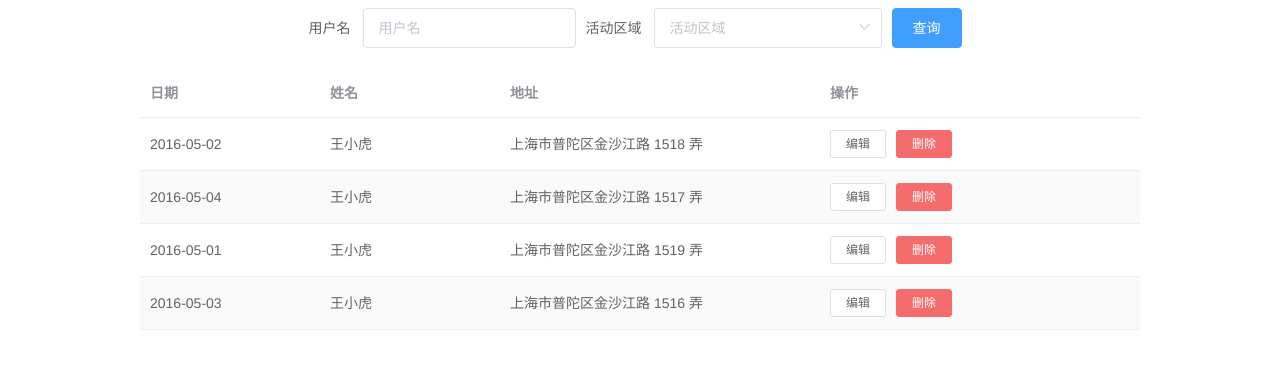
Repository: chang-meng-yun/vue_project
Page: /
The author's editor kept a copy of each file at every save. The page is drawn from the files as they stood at one save, then again after the next save.
The browser window is 1280 px wide. The pictures show the whole page.
The project was rebuilt for these pictures with package versions that can differ from the ones it lists, and the page was loaded fresh each time. Also part of the build but not shown: vue.config.js, src/VBindStudy.vue, src/components/HelloWorld.vue, src/views/HomeView.vue.

Above is the page before, as saved 2024-06-27 11:19:06.

### public/index.html
<!DOCTYPE html>
<html lang="">
  <head>
    <meta charset="utf-8">
    <meta http-equiv="X-UA-Compatible" content="IE=edge">
    <meta name="viewport" content="width=device-width,initial-scale=1.0">
    <link rel="icon" href="<%= BASE_URL %>favicon.ico">
    <!-- <title><%= htmlWebpackPlugin.options.title %></title> -->
     <title>我是首页</title>
  </head>
  <body>
    <noscript>
      <strong>We're sorry but <%= htmlWebpackPlugin.options.title %> doesn't work properly without JavaScript enabled. Please enable it to continue.</strong>
    </noscript>
    <!-- 显示内容的地方 -->
    <div id="app"></div>
    <!-- built files will be auto injected -->
  </body>
</html>

### src/main.js
import Vue from 'vue'
import App from './App.vue'
import ElementUI from 'element-ui';
import 'element-ui/lib/theme-chalk/index.css';
import router from './router'

Vue.use(ElementUI);

Vue.config.productionTip = false
new Vue({
  router,
  render: h => h(App)
}).$mount('#app')

### src/App.vue
<template>
  <div id="app">
    <!-- <Hello></Hello> -->
    <!-- <VBindStudy></VBindStudy> -->
     <!-- <HomeWork></HomeWork> -->
      <!-- <reHome></reHome> -->
       <!-- <Model></Model> -->
        <FromFrame></FromFrame>
  </div>
</template>
<script>
  // 导入组件
  import Hello from '@/Hello.vue'
  import VBindStudy from '@/VBindStudy'
  import HomeWork from '@/HomeWork'
    import reHome from './views/reHome.vue'
  import FromFrame from '@/FromFrame.vue'
     // import Model from './views/Model.vue'
  export default{
    components:{
        Hello,
        VBindStudy,
        HomeWork,
        FromFrame
        // Model
    },
    data(){
      return{
        mark:true,
        name:"张三",
        mywidth:"350px",
        myImage:require("./assets/花.jpg")
      }
    },
    methods:{
     controller_div(){
        this.mark=!this.mark
        console.log(this.mark)
      },
      changeSize(){
        this.mywidth="500px"
      },
      changeImage(){
        console.log("pakaqiu")
        this.myImage=require("./assets/小樱花.webp")
      }
     }
    }
</script>
<style>
.box{
    width: 200px;
    height: 200px;
    background-color: red;
}
#app {
  font-family: Avenir, Helvetica, Arial, sans-serif;
  -webkit-font-smoothing: antialiased;
  -moz-osx-font-smoothing: grayscale;
  text-align: center;
  color: #2c3e50;
}

nav {
  padding: 30px;
}

nav a {
  font-weight: bold;
  color: #2c3e50;
}

nav a.router-link-exact-active {
  color: #42b983;
}
</style>

### src/Hello.vue
<template>
  <div>
        <!-- <nav>
      <router-link to="/">Home</router-link> |
      <router-link to="/about">About</router-link>
    </nav> -->
    <!-- <el-row>
      <el-button>默认按钮</el-button>
      <el-button type="primary">主要按钮</el-button>
      <el-button type="success">成功按钮</el-button>
      <el-button type="info">信息按钮</el-button>
      <el-button type="warning">警告按钮</el-button>
      <el-button type="danger">危险按钮</el-button>
    </el-row> -->

    <!-- <input  type="text" v-model="username"> -->
     <!-- <div  v-if="mark" class="box">
      div1-if标签
     </div> -->
     <!-- <el-button type="primary" v-on:click="controller_div()">控制div</el-button> -->
     <!-- <div  v-show ="mark" class="box"> -->
      <!-- div2-show标签 -->
     <!-- </div> -->
    <!-- <div>
      {{username}}
    </div> -->
    <!-- <router-view/> -->
     <!-- <hr> -->

     <el-row>
        <el-col :span="12">
          <div class="grid-content bg-purple">
         <img src="./assets/小雏菊.webp" v-bind:width="mywidth" />
         <br>
         <el-button type="primary" @click="changeSize()">改变大小</el-button>
        </div>
      </el-col>

        <el-col :span="12">
          <div class="grid-content bg-purple-light">
            <img v-bind:src="myImage" width="350px" />
            <br>
            <el-button type="primary" @click="changeImage()">改变图片</el-button>
        </div>
      </el-col>
      </el-row>

  </div>
</template>
<script>
     export default{
    // components:{
    //     Hello,
    //     VBindStudy
    // },
    data(){
      return{
        mark:true,
        name:"张三",
        mywidth:"350px",
        myImage:require("./assets/花.jpg")
      }
    },
    methods:{
     controller_div(){
        this.mark=!this.mark
        console.log(this.mark)
      },
      changeSize(){
        this.mywidth="500px"
      },
      changeImage(){
        console.log("pakaqiu")
        this.myImage=require("./assets/小樱花.webp")
      }
     },
     components:{

     }
    }
  </script>
  <style>
  .box{
      width: 200px;
      height: 200px;
      background-color: red;
  }
  #app {
    font-family: Avenir, Helvetica, Arial, sans-serif;
    -webkit-font-smoothing: antialiased;
    -moz-osx-font-smoothing: grayscale;
    text-align: center;
    color: #2c3e50;
  }

  nav {
    padding: 30px;
  }

  nav a {
    font-weight: bold;
    color: #2c3e50;
  }

  /* nav a.router-link-exact-active {
    color: #42b983;
  } */
  </style>

### src/HomeWork.vue
<template>
    <div id="all">

        <h3>请选择你喜欢的语言</h3>
        <table border="1" cellspacing="0" style="margin: 0 auto;" >
            <tr>
                <td v-for="(obj,index) in subject "
                :key="index"
                v-bind:class="{'bg':obj.mark}"
                @click="changeColor(obj,index)">{{obj.name}}</td>
            </tr>
        </table>

        <p style="text-align: center;">我最喜欢的编程语言是{{pro_name}}</p>
        <el-input v-model="inputName" placeholder="请输入你喜欢的书" style="width: 300px;"></el-input>
        <el-button type="primary" @click="addBook()">添加你喜欢的书本</el-button>
        <!-- <el-button type="primary" v-if="">隐藏</el-button> -->
       <!-- {{message}} -->


    </div>
</template>
<script>
    export default{
        data(){
        return{
            pro_name:"Java",
            inputName:"",
            subject:[
            {id:"1",name:"Java",mark:true},
            {id:"2",name:"C",mark:false},
            {id:"3",name:"C++",mark:false},
            {id:"4",name:"Python",mark:false},
            ],
        }
        },
        methods:{
            addBook(){
                console.log(this.inputName)
                this.subject.push({"name":this.inputName,"mark":false})
            },
            changeColor(obj,index){
                console.log(obj,index)
                this.pro_name = obj.name;
                for(var i=0;i<this.subject.length;i++){
                    this.subject[i].mark=false;
                }
                this.subject[index].mark=true;
                this.pro_name=this.subject[index].name;
            }
        },
        components:{

        }
    }

</script>
<style>
 tr td{
        width: 200px;
        height: 50px;
        /* background-color: rgb(130, 236, 176); */
    }
    .bg{
        /* background-color: rgb(218, 103, 80); */
    }
</style>

### src/views/reHome.vue
<template>
    <div>
       <h3>请选择你喜欢的语言</h3>
       <table cellspacing="0" border="1" style="margin: 0 auto;">
        <tr>
            <td v-for="(obj,index) in subjects"
            :key="index"
            v_bind :class="{'bg1':obj.mark}"
            @click="changeColor(obj,index)">
            {{obj.name}}
            </td>
        </tr>
       </table>
       <p>我最喜欢的语言是{{proname}}</p>
    </div>
</template>
<script>
  export default{
    data(){
        return{
          proname:"java",
          subjects:[
            {name:"Java",mark:true},
            {name:"C",mark:false},
            {name:"C++",mark:false},
            {name:"Python",mark:false},
          ]
        }
    },
    methods:{
        changeColor(obj,index){
            console.log(obj,index)
            this.proname=obj.name
            for(var i = 0;i<this.subjects.length;i++){
                this.subjects[i].mark=false;
            }
            obj.mark=true;
        }
    },
    components:{

    },
  }
</script>
<style>
 tr td{
        width: 200px;
        height: 50px;
        /* background-color: rgb(130, 236, 176); */
    }
    .bg1{
        /* background-color: rgb(218, 103, 80); */
    }
</style>

### src/FromFrame.vue
<template>
    <div style="width: 1000px;margin: 0 auto;">
        <!-- 功能区域 -->
        <div>
            <el-form :inline="true" :model="formInline" class="demo-form-inline">
                <el-form-item label="用户名">
                  <el-input v-model="formInline.user" placeholder="用户名"></el-input>
                </el-form-item>
                <el-form-item label="活动区域">
                  <el-select v-model="formInline.region" placeholder="活动区域">
                    <el-option label="上海" value="shanghai"></el-option>
                    <el-option label="北京" value="beijing"></el-option>
                  </el-select>
                </el-form-item>
                <el-form-item>
                  <el-button type="primary" @click="onSubmit">查询</el-button>
                </el-form-item>
              </el-form>
        </div>


        <!-- 数据显示区 -->
    <div>
        <el-table :data="tableData" stripe style="width: 100%">
        <el-table-column  prop="date" label="日期"width="180"></el-table-column>
        <el-table-column prop="name" label="姓名" width="180"></el-table-column>
        <el-table-column
          prop="address"
          label="地址">
        </el-table-column>
        <el-table-column label="操作">
            <template slot-scope="scope">
              <el-button
                size="mini"
                @click="handleEdit(scope.$index, scope.row)">编辑</el-button>
              <el-button
                size="mini"
                type="danger"
                @click="handleDelete(scope.$index, scope.row)">删除</el-button>
            </template>
          </el-table-column>
      </el-table>
    </div>
    </div>
</template>
<script>
     export default{
        data(){
        return{
            tableData: [{
            date: '2016-05-02',
            name: '王小虎',
            address: '上海市普陀区金沙江路 1518 弄'
            }, {
            date: '2016-05-04',
            name: '王小虎',
            address: '上海市普陀区金沙江路 1517 弄'
            }, {
            date: '2016-05-01',
            name: '王小虎',
            address: '上海市普陀区金沙江路 1519 弄'
            }, {
            date: '2016-05-03',
            name: '王小虎',
            address: '上海市普陀区金沙江路 1516 弄'
            }],
            formInline: {
            user: '',
            region: ''
            }
         }
        },
        methods: {
            handleEdit(index, row) {
            console.log(index, row);
            },
            handleDelete(index, row) {
            console.log(index, row);
            },
            onSubmit() {
           console.log('submit!');
      }
        },
        components:{

        }
     }
</script>
<style>

</style>

Loaded but not shown: src/router/index.js (common file)

After the next save:
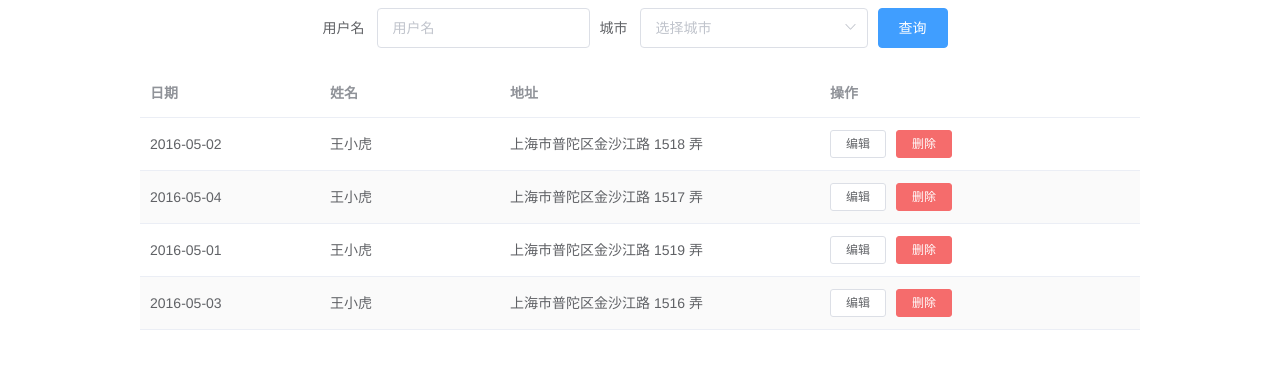
Saved 3 min 56 s later.
--- a/src/FromFrame.vue
+++ b/src/FromFrame.vue
@@ -6,8 +6,8 @@
                 <el-form-item label="用户名">
                   <el-input v-model="formInline.user" placeholder="用户名"></el-input>
                 </el-form-item>
-                <el-form-item label="活动区域">
-                  <el-select v-model="formInline.region" placeholder="活动区域">
+                <el-form-item label="城市">
+                  <el-select v-model="formInline.region" placeholder="选择城市">
                     <el-option label="上海" value="shanghai"></el-option>
                     <el-option label="北京" value="beijing"></el-option>
                   </el-select>
